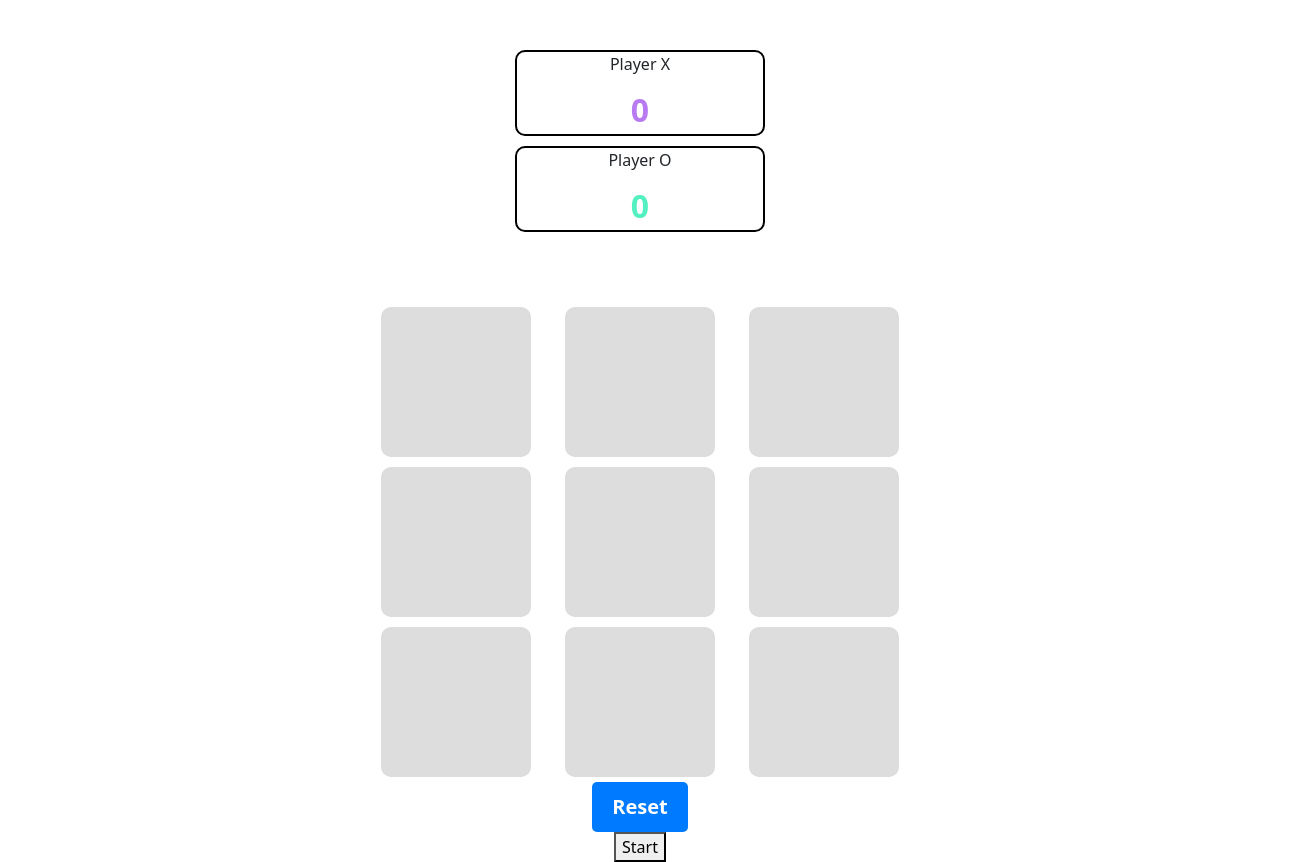
Repository: woodsdeshe/Tic-Tac-Toe
Page: index.html
An editor plug-in stored every save of this project. The page is shown before and after a run of saves, followed by the edit.
The browser window is 1280 px wide. The page is 1292 px wide, so the pictures cover 1292 px, including what lies to the right of the window. The pictures show the whole page.

Above is the page before, as saved 2023-03-31 21:11:37.

### index.html
<!DOCTYPE html>
<html lang="en">
  <head>
    <meta charset="UTF-8" />
    <meta http-equiv="X-UA-Compatible" content="IE=edge" />
    <meta name="viewport" content="width=device-width, initial-scale=1.0" />
    <title>Tic Tac Toe | DeShe Woods</title>
    <link rel="stylesheet" href="styles.css" />
    <link
      href="https://cdn.jsdelivr.net/npm/bootstrap@5.3.0-alpha2/dist/css/bootstrap.min.css"
      rel="stylesheet"
      integrity="sha384-aFq/bzH65dt+w6FI2ooMVUpc+21e0SRygnTpmBvdBgSdnuTN7QbdgL+OapgHtvPp"
      crossorigin="anonymous"
    />
  </head>
  <body>
    <div class="container">
      <div class="row">
        <div class="col-12 scoreboard scoreboard-left">
          <div>Player X</div>
          <div class="score-x">0</div>
        </div>
        <div class="col-12 scoreboard scoreboard-right">
          <div>Player O</div>
          <div class="score-o">0</div>
        </div>
      </div>
      <div class="message"></div>
      <div class="container game-board">
        <div class="row">
          <div class="col-4">
            <div class="tile square-1"></div>
          </div>
          <div class="col-4">
            <div class="tile square-2"></div>
          </div>
          <div class="col-4">
            <div class="tile square-3"></div>
          </div>
        </div>
        <div class="row">
          <div class="col-4">
            <div class="tile square-4"></div>
          </div>
          <div class="col-4">
            <div class="tile square-5"></div>
          </div>
          <div class="col-4">
            <div class="tile square-6"></div>
          </div>
        </div>
        <div class="row">
          <div class="col-4">
            <div class="tile square-7"></div>
          </div>
          <div class="col-4">
            <div class="tile square-8"></div>
          </div>
          <div class="col-4">
            <div class="tile square-9"></div>
          </div>
        </div>
      </div>
      </div>
      <div class="row">
        <div class="col"></div>
        <div class="reset">
          <button class="reset-btn">Reset</button>
        </div>
        <div class="start">
          <button class="startBtn">Start</button>
        </div>
      </div>
    </div>
    <script
      src="https://cdn.jsdelivr.net/npm/bootstrap@5.3.0-alpha2/dist/js/bootstrap.bundle.min.js"
      integrity="sha384-qKXV1j0HvMUeCBQ+QVp7JcfGl760yU08IQ+GpUo5hlbpg51QRiuqHAJz8+BrxE/N"
      crossorigin="anonymous"
    ></script>
    <script src="script.js"></script>
  </body>
</html>

### styles.css
.container {
  display: flex;
  flex-direction: column;
  align-items: center;
  margin-top: 50px;
}

.scoreboard {
  display: flex;
  flex-direction: column;
  align-items: center;
  border: 2px solid black;
  border-radius: 10px;
  width: 200px;
}

.scoreboard-left {
  margin-right: 70px;
  margin-bottom: 10px;
}

.scoreboard-right {
  margin: 0;
}

.score-x {
  font-size: 48px;
  color: rgb(184, 123, 241);
}

.score-o {
  font-size: 48px;
  color: rgb(83, 240, 193);
}

.score-x,
.score-o {
  font-size: 2em;
  font-weight: bold;
  margin-top: 10px;
}

.message {
  font-size: 2em;
  margin-bottom: 20px;
}

.game-board {
  display: flex;
  justify-content: center;
}

.tile {
  width: 150px;
  height: 150px;
  background-color: #ddd;
  margin: 5px;
  border-radius: 10px;
  display: flex;
  justify-content: center;
  align-items: center;
  font-size: 50px;
  font-weight: bold;
  cursor: pointer;
}

.reset {
  text-align: center;
  margin-top: 50px;
}

.reset-btn {
  font-size: 20px;
  font-weight: bold;
  padding: 10px 20px;
  background-color: #007bff;
  color: white;
  border-radius: 5px;
  border: none;
  cursor: pointer;
}

.start {
    text-align: center;
    margin-top: 10px;
}

.x-symbol {
    color: rgb(184, 123, 241);
}

.o-symbol {
    color: rgb(83, 240, 193);
}

@media (max-width: 767px) {
  .scoreboard {
    margin-bottom: 20px;
  }
}

### script.js
// Variables that access the squares, reset button, scoreboards , and messaging for the game that will stay constant
const gameBoard = document.querySelector(".game-board");
const resetBtn = document.querySelector(".reset-btn");
const scoreboardX = document.querySelector(".score-x");
const scoreboardO = document.querySelector(".score-o");
const message = document.querySelector(".message");
const tile = document.querySelectorAll(".tile");

// Variables that access the current player, game over, X and O scores that will change based on conditions of the game
let currentPlayer = "X";
let gameOver = false;
let xScore = 0;
let oScore = 0;

// This event listener will check to see if the tiles are empty and will fill them with the symbol of the current player

gameBoard.addEventListener("click", (event) => {
  event.preventDefault();

  //This if statement checks to see if the game is over before allowing the players to continue playing. If gameOver is true, then the board becomes unclickable
  if (gameOver) {
    return;
  }

  // This variable will hold the square that gets clicked using the .target property
  const square = event.target;

  // Checks to see if the square contains a class of tile and the square is empty. If it's empty then the square will contain a symbol and alternate the symbol according to the current player
  if (square.classList.contains("tile") && square.textContent === "") {
    // This if statement adds or removes the appropriate symbol class based on the current player so that the colors of the symbols will be different
    if (currentPlayer === "X") {
      square.classList.add("x-symbol");
      square.classList.remove("o-symbol");
    } else {
      square.classList.add("o-symbol");
      square.classList.remove("x-symbol");
    }

    square.textContent = currentPlayer;

    //Updates the message variable to show who's turn it is on the screen
    message.textContent = `It's ${currentPlayer} turn`;

    currentPlayer = currentPlayer === "X" ? "O" : "X";
  }

  //Calls the checkForWinner function after each turn to see if a player has won
  checkForWinner();
});

// Check to see if the tiles contain a winning play of a specific player
function currentPlay(plays, player) {
  // The .every method checks through every tile within the player array that checks to see if they contain the current players symbol with a boolean "true" or "false"
  return plays.every((tile) => {
    tileElement = document.querySelector(`.square-${tile}`);
    return tileElement.textContent === player;
  });
}

// This function will check to see which player has the winning set after each move
function checkForWinner() {
  // Nested arrays that show all the winning plays that are needed to win
  const winningPlays = [
    [1, 2, 3],
    [4, 5, 6],
    [7, 8, 9],
    [1, 4, 7],
    [2, 5, 8],
    [3, 6, 9],
    [1, 5, 9],
    [3, 5, 7],
  ];

  // Loops through each array within "winingPlays" and stores the values in the variable "plays"
  for (let i = 0; i < winningPlays.length; i++) {
    const plays = winningPlays[i];

    // Create if/else conditions that will check to see if the current player has a winning play thats in 'winningPlays', if no one wins, it calls the "itsATie" function to alert the players that the game is over and prevents the players from continuing to play using th endGame function"
    if (currentPlay(plays, "X")) {
      xScore++;
      scoreboardX.textContent = xScore;
      message.textContent = "Player X Wins!";
      gameOver = true;
      endGame();
    } else if (currentPlay(plays, "O")) {
      oScore++;
      scoreboardO.textContent = oScore;
      message.textContent = "Player O Wins!";
      gameOver = true;
      endGame();
    } else if (itsATie()) {
      message.textContent = "Game over! It's a tie!!!";
      gameOver = true;
      endGame();
    }
  }

  // This function iterates through all the tiles on the board and checks to see if the board is full. If there isn't any empty tiles left, it returns true.
  function itsATie() {
    for (let i = 0; i < tile.length; i++) {
      if (tile[i].textContent === "") {
        return false;
      }
    }
    return true;
  }

  // This function iterates through all the tiles in the game and removes the gameBoard listener so that the board is no longer clickable when the game is over
  function endGame() {
    for (let i = 0; i < tile.length; i++) {
      tile[i].removeEventListener("click", handleClick);
    }
  }
}

//This function resets the game
function resetGame() {
  currentPlayer = "X";
  gameOver = false;
  message.textContent = `It's ${currentPlayer} turn`;
  scoreboardX.textContent = "0";
  scoreboardO.textContent = "0";
  xScore = 0;
  oScore = 0;

  // Clears the board by setting the text content of all tiles to an empty string
  tile.forEach((tile) => {
    tile.textContent = "";
  });

  // Add back the event listener to each tile so that they are clickable again
  tile.forEach((tile) => {
    tile.addEventListener("click", handleTileClick);
  });
}

resetBtn.addEventListener("click", () => {
  resetGame();
});

After the next 4 saves:
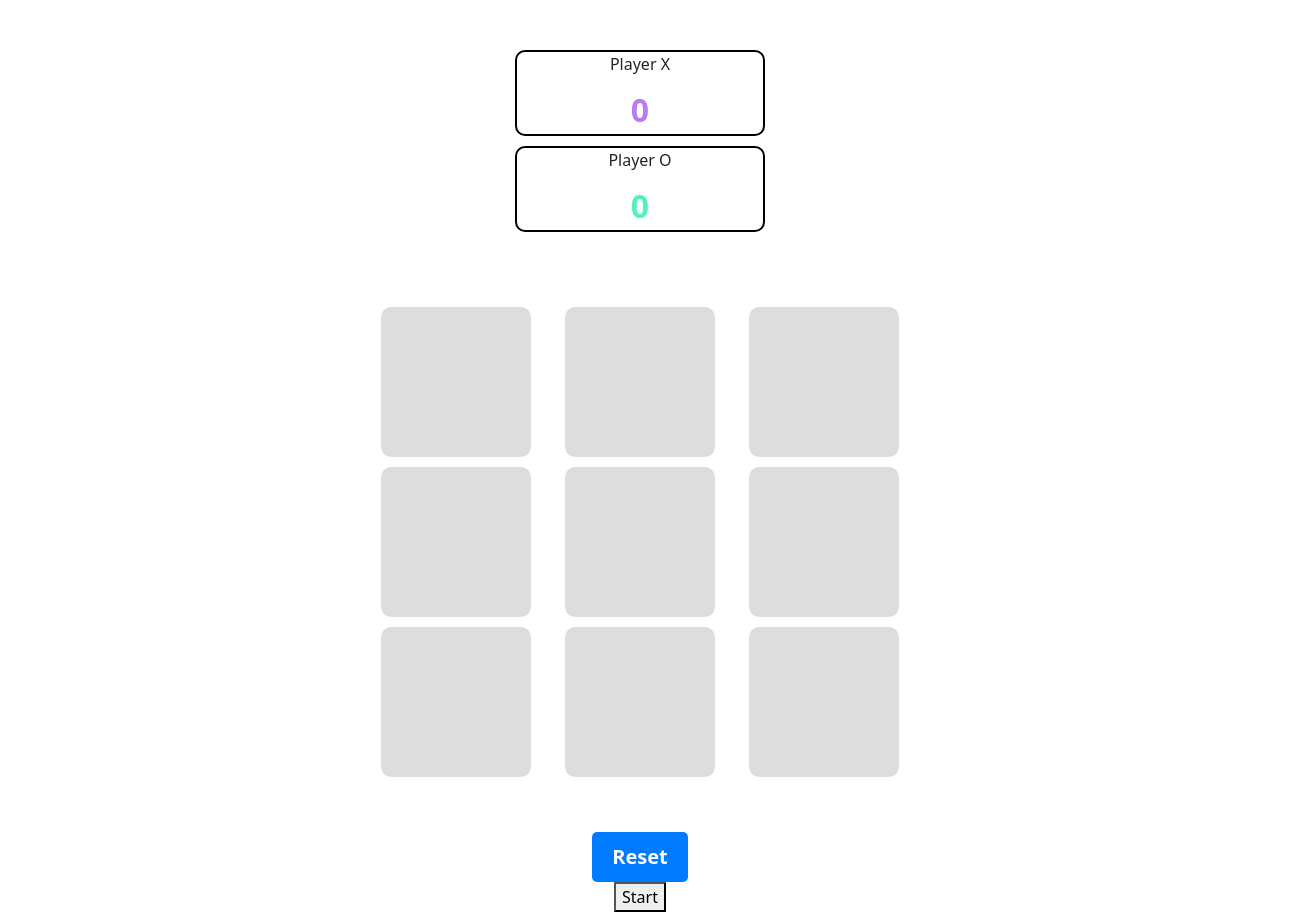
The 4 saves are shown as one change because they came seconds apart.
The last was saved 21 s later.
--- a/index.html
+++ b/index.html
@@ -63,9 +63,11 @@
       </div>
       </div>
       <div class="row">
-        <div class="col"></div>
-        <div class="reset">
-          <button class="reset-btn">Reset</button>
+        <div class="col">
+          <div class="reset">
+            <button class="reset-btn">Reset</button>
+          </div>
+
         </div>
         <div class="start">
           <button class="startBtn">Start</button>
